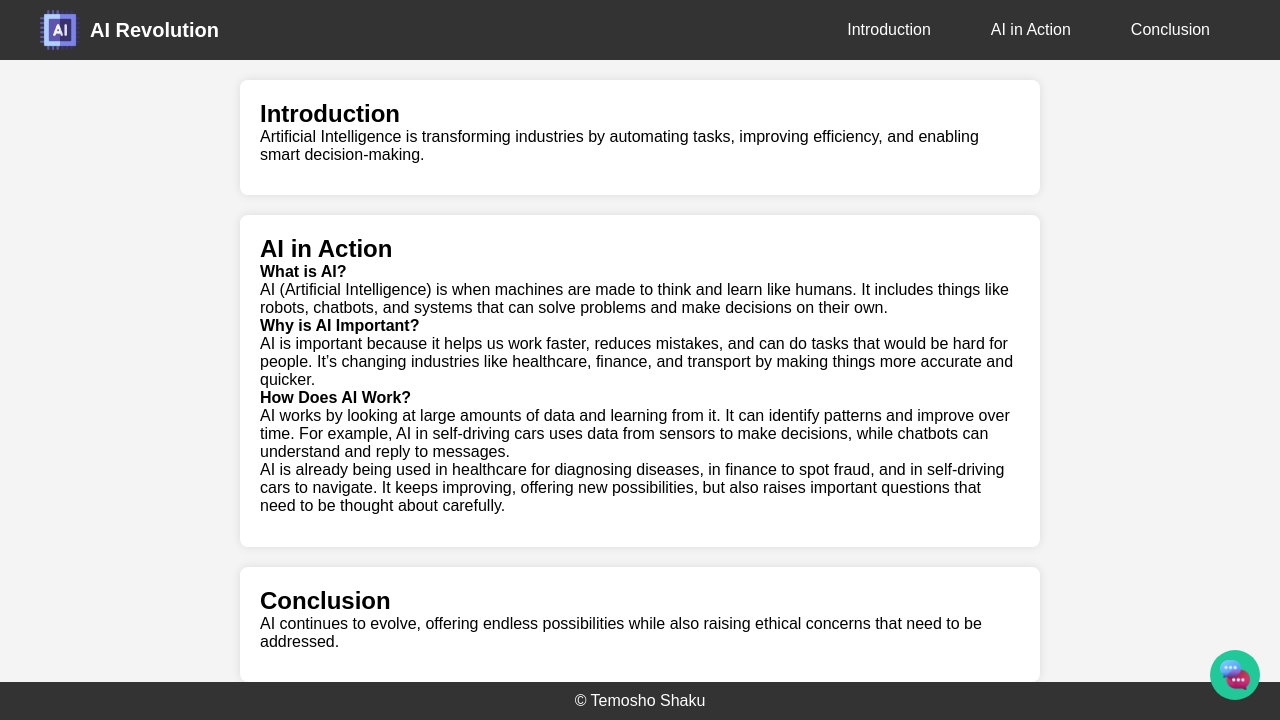
Repository: TemoshoS/ai
Page: index.html
The author's editor kept a copy of each file at every save. The page is drawn from the files as they stood at one save, then again after the next save.
The browser window is 1280 px wide. The pictures show the whole page.

Above is the page before, as saved 2025-02-17 10:32:48.

After the next save:
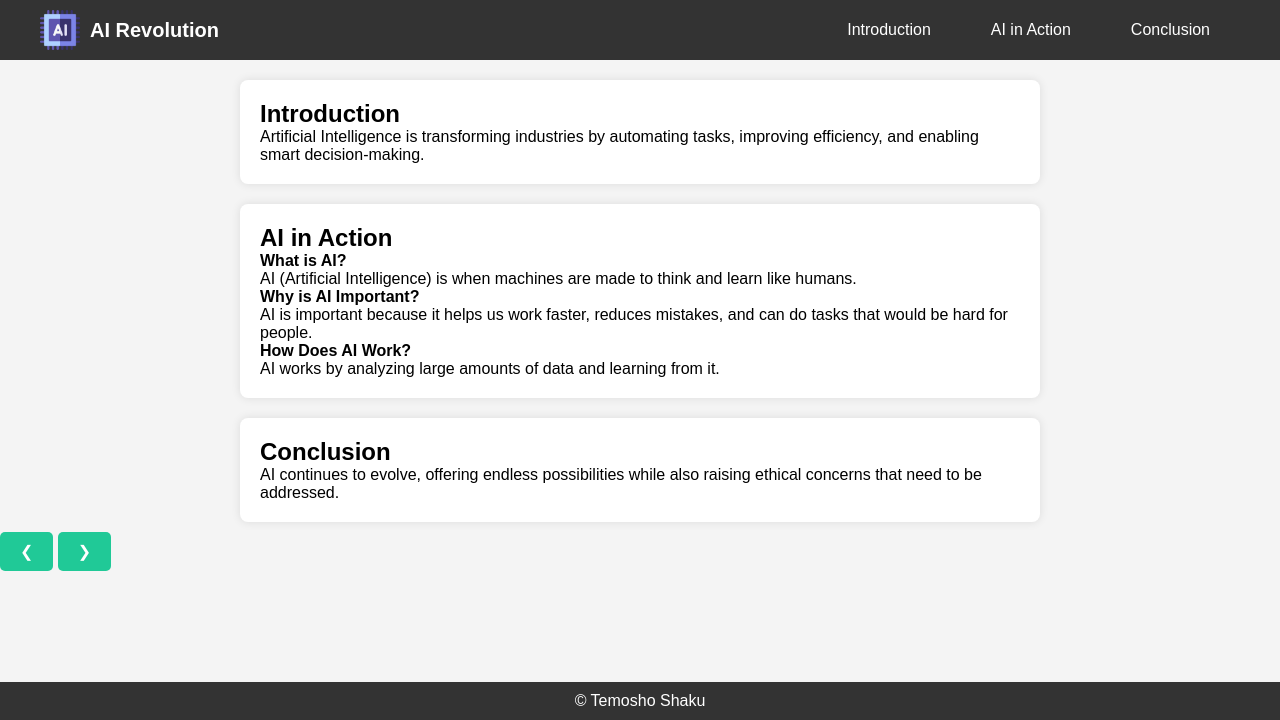
Console error: TypeError: Cannot read properties of null (reading 'addEventListener')
Saved 3 min 24 s later.
--- a/index.html
+++ b/index.html
@@ -22,49 +22,26 @@
         </div>
     </nav>
 
-    <section id="intro">
-        <h2>Introduction</h2>
-        <p>Artificial Intelligence is transforming industries by automating tasks, improving efficiency, and enabling smart decision-making.</p>
-    </section>
-
-    <section id="body">
-        <h2>AI in Action</h2>
-        <p><strong>What is AI?</strong><br>AI (Artificial Intelligence) is when machines are made to think and learn like humans. It includes things like robots, chatbots, and systems that can solve problems and make decisions on their own.</p>
-
-        <p><strong>Why is AI Important?</strong><br>AI is important because it helps us work faster, reduces mistakes, and can do tasks that would be hard for people. It’s changing industries like healthcare, finance, and transport by making things more accurate and quicker.</p>
-
-        <p><strong>How Does AI Work?</strong><br>AI works by looking at large amounts of data and learning from it. It can identify patterns and improve over time. For example, AI in self-driving cars uses data from sensors to make decisions, while chatbots can understand and reply to messages.</p>
-
-        <p>AI is already being used in healthcare for diagnosing diseases, in finance to spot fraud, and in self-driving cars to navigate. It keeps improving, offering new possibilities, but also raises important questions that need to be thought about carefully.</p>
-    </section>
-
-    <div id="chatbot">
-
-
-        <!-- Chat Icon -->
-        <div id="chatIcon">
-            <img src="./speech-bubble.png" alt="Chat" />
+    <div class="slider">
+        <div class="slides">
+            <section class="slide" id="intro">
+                <h2>Introduction</h2>
+                <p>Artificial Intelligence is transforming industries by automating tasks, improving efficiency, and enabling smart decision-making.</p>
+            </section>
+            <section class="slide" id="body">
+                <h2>AI in Action</h2>
+                <p><strong>What is AI?</strong><br>AI (Artificial Intelligence) is when machines are made to think and learn like humans.</p>
+                <p><strong>Why is AI Important?</strong><br>AI is important because it helps us work faster, reduces mistakes, and can do tasks that would be hard for people.</p>
+                <p><strong>How Does AI Work?</strong><br>AI works by analyzing large amounts of data and learning from it.</p>
+            </section>
+            <section class="slide" id="conclusion">
+                <h2>Conclusion</h2>
+                <p>AI continues to evolve, offering endless possibilities while also raising ethical concerns that need to be addressed.</p>
+            </section>
         </div>
-
-        <!-- Chat Box -->
-        <div id="chatBox">
-            <div class="chat-header">
-                <span>AI Chat</span>
-                <button id="closeChat">&times;</button>
-            </div>
-            <div class="chat-body">
-                <p>Welcome! Ask me anything.</p>
-            </div>
-            <input type="text" id="chatInput" placeholder="Type your message...">
-            <button id="sendChat">Send</button>
-        </div>
+        <button class="prev" onclick="moveSlide(-1)">&#10094;</button>
+        <button class="next" onclick="moveSlide(1)">&#10095;</button>
     </div>
-
-
-    <section id="conclusion">
-        <h2>Conclusion</h2>
-        <p>AI continues to evolve, offering endless possibilities while also raising ethical concerns that need to be addressed.</p>
-    </section>
 
     <footer>
         <p>&copy; Temosho Shaku</p>
